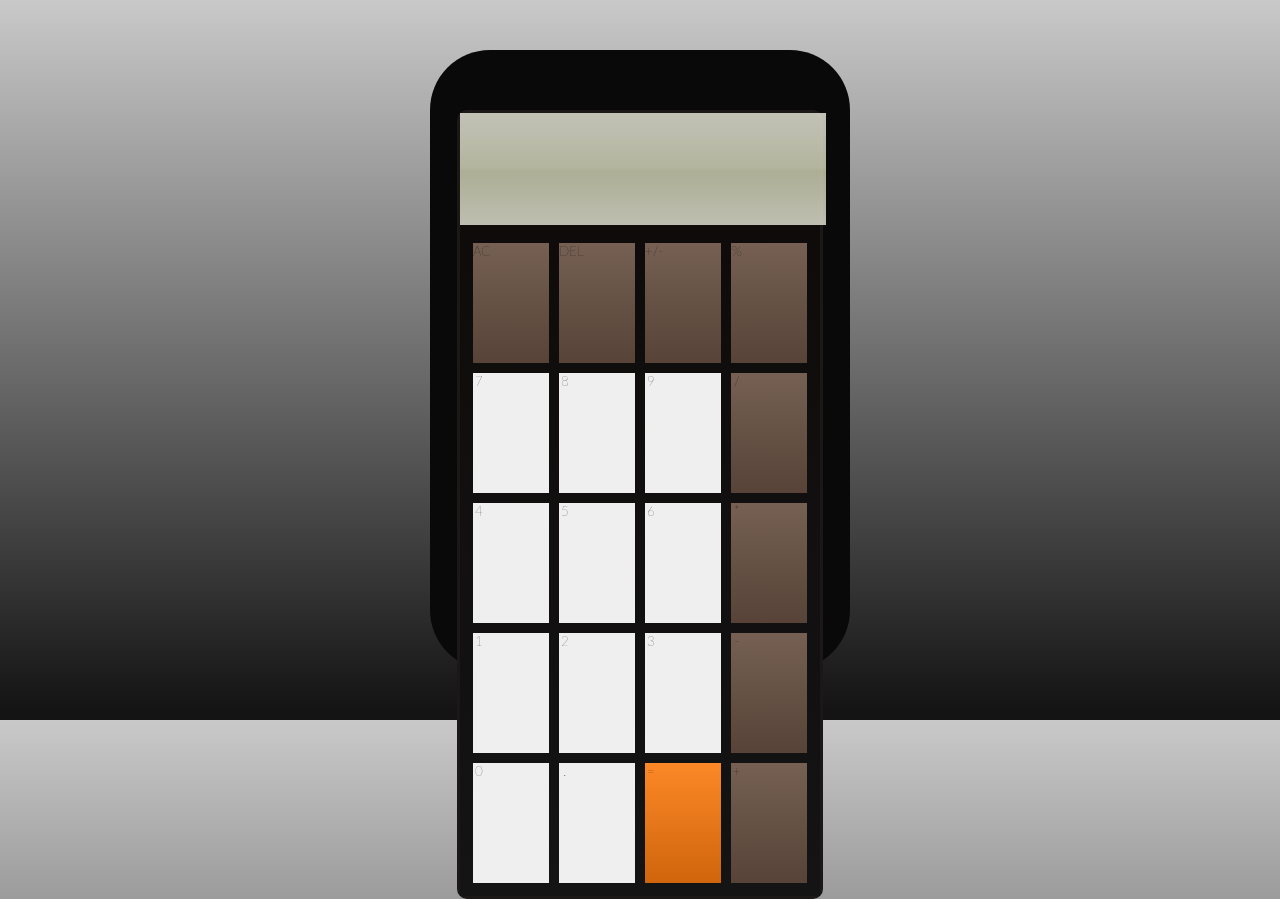
Repository: MhlengiNgubane/BrainnestJsTwo
Page: index.html
These files come from the project's save history. The page is drawn as it stood at one moment and after a run of saves; the edit follows.
The browser window is 1280 px wide. The pictures show the whole page.

Above is the page before, as saved 2022-09-12 08:55:20.

### index.html
<!DOCTYPE html>
<html lang="en">
<head>
    <meta charset="UTF-8">
    <meta http-equiv="X-UA-Compatible" content="IE=edge">
    <meta name="viewport" content="width=device-width, initial-scale=1.0">
    <title>CALCULATOR</title>

    <link rel="stylesheet" href="style.css">
</head>
    <body>
        <div class="wrapper">
            <div class="container">
                <input type="text" class="input" value="" disabled />
                <div class="buttons">
                    <button value="AC" class="brown clear">AC</button>
                    <button value="DEL" class="brown delete">DEL</button>
                    <button value="+/-" class="brown plusMinus">+/-</button>
                    <button value="%" class="brown percent">%</button>

                    <button value="7" class="number">7</button>
                    <button value="8" class="number">8</button>
                    <button value="9" class="number">9</button>
                    <button value="/" class="brown operator">/</button>

                    <button value="4" class="number">4</button>
                    <button value="5" class="number">5</button>
                    <button value="6" class="number">6</button>
                    <button value="*" class="brown operator">*</button>

                    <button value="1" class="number">1</button>
                    <button value="2" class="number">2</button>
                    <button value="3" class="number">3</button>
                    <button value="-" class="brown operator">-</button>

                    <button value="0" class="zero number">0</button>
                    <button value="." class="decimal">.</button>
                    <button value="=" class="equal operator">=</button>
                    <button value="+" class="brown operator">+</button>
                </div>
            </div>
        </div>
        <script src="App.js"></script>
    </body>
</html>

### style.css
* {
    border: 0;
    margin: 0;
    padding: 0;
    font-family: 'lato';
    font-weight: 100;
}

body{
    font-family: 'Roboto';
    font-weight: 400;
    background: linear-gradient(360deg, #141414 1.56%, rgba(0, 0, 0, 0.21) 100%);
    width: 100%;
    height: 100vh;
    display: flex;
    flex-direction: column;
    align-items: center;
    justify-content: center;
}

.wrapper{
    width: 420px;
    height: 620px;
    background: #090909;
    border-radius: 60px;
}

.container{
    align-items: center;
    margin: auto;
    margin-top: 60px;
    width: 360px;
    border: 20px;
    border: 3px solid #1d1818;
    background-color: #130e0e;
    border-radius: 10px;
    margin-bottom: 60px;
}

.input{
    background: linear-gradient(360deg, #E8EAD8 0%, #D2D6B7 48.12%, #DBDEC1 50.76%, #EDEFE0 100%);
    width: 94%;
    min-height: 65px;
    padding: 0 14px;
    text-align:  end;
    font-size: 48px;
    line-height: 112px;
    display: flex;
    align-items: center;
    justify-content: end;
    color: #000000;
    opacity: 0.8;
    outline: none;
    border: none;
}

.buttons{
    display: grid;
    grid-template-columns: repeat(4, 1fr);
    row-gap: 10px;
    column-gap: 10px;
    background: linear-gradient(360deg, #141414 1.56%, rgba(0, 0, 0, 0.21) 100%);
    padding: 18px 13px 13px 13px;
}

button{
    display: grid;
    grid-gap: 10px;
    grid-template-columns: repeat(4, 1fr);
    grid-template-rows: repeat(5, 1fr);
}

.grey{
    background: linear-gradient(180deg, #7F878C 0%, #4C5154 100%);
}

.brown{
    background: linear-gradient(180deg, #756053 0%, #574337 100%);
}

.equal{
    background: linear-gradient(180deg, #FC8827 0%, #CF650C 100%);
}

@media(max-width: 430px){
    .wrapper{
        width: 100%;
        height: 100%;
        border-radius: 0;
    }

    .buttons{
        row-gap: 5px;
        column-gap: 5px;
        background: linear-gradient(360deg, #141414 1.56%, rgba(0, 0, 0, 0.21) 100%);
        padding: 18px 13px 13px 13px;
    }


}

### App.js
/* Add two numbers */
function add(firstNumber, secondNumber){
  return firstNumber + secondNumber;
}
/* subtract two numbers */
function subtract(firstNumber, secondNumber){
  return firstNumber - secondNumber;
}
/* multiply two numbers */
function multiply(firstNumber, secondNumber){
  return firstNumber * secondNumber;
}
/* divide two numbers */
function divide(firstNumber, secondNumber){
  return firstNumber / secondNumber;
}
/* Make the operations */
function operate(operator, firstNumber, secondNumber){
  if(operator === '+'){
      return add(firstNumber, secondNumber);
  }
  else if(operator === '-'){
      return subtract(firstNumber, secondNumber);
  }
  else if(operator === '*'){
      return multiply(firstNumber, secondNumber);
  }
  else if(operator === '/'){
      return divide(firstNumber, secondNumber);
  }
  return secondNumber;
}

const display = document.querySelector('.input');

const calculator = {
  displayValue: '0',
  firstNumber: null,
  operator: null,
  secondNumber: false,
};

function clear() {
  calculator.displayValue = '0';
  calculator.firstNumber = null;
  calculator.operator = null;
  calculator.secondNumber = false;
}

function updateDisplay() {
  display.value = calculator.displayValue;
}

const buttons = document.querySelector('.buttons');
buttons.addEventListener('click', (e) => {
const target = e.target;

  if (!target.matches('button')) {
      return;
  }

  if (target.classList.contains('clear')) {
      clear();
      updateDisplay();
      return;
  }

  if (target.classList.contains('delete')) {
      undo();
      return;
  }

  if (target.classList.contains('plusMinus')) {
      plusMinus();
      return;
  }

  if (target.classList.contains('percent')) {
      percentage();
      return;
  }

  if (target.classList.contains('decimal')) {
      decimal(target.value);
      updateDisplay();
      return;
  }

  if (target.classList.contains('operator')) {
      calculate(target.value);
      updateDisplay();
      return;
  }

      displayNumber(target.value);
      updateDisplay();
});

function undo(){
  display.value = display.value.slice(0, -1);
  calculator.displayValue = display.value;
}

function plusMinus(){
  let displayPlusMinus = calculator.displayValue;
  if(displayPlusMinus >= 0){
      display.value = '-' + displayPlusMinus;
  }
  calculator.displayValue = display.value;
}

function percentage(){
  let displayPercent = calculator.displayValue;
  if(displayPercent != 0){
      display.value = displayPercent / 100;
  }
 calculator.displayValue = display.value;
}

function decimal(dot) {
  if (calculator.secondNumber === true) {
      calculator.displayValue = '0.'
      calculator.secondNumber = false;
      return
  }
  if (!calculator.displayValue.includes(dot)) {
      calculator.displayValue += dot;
  }
}

function displayNumber(number) {
  let displayValue = calculator.displayValue;
  const secondNumber = calculator.secondNumber;

  if (secondNumber === true) {
      calculator.displayValue = number;
      calculator.secondNumber = false;
  }
  else if(displayValue === '0'){
      calculator.displayValue = number;
  }
  else{
      calculator.displayValue = displayValue + number;
  }
}

function calculate(inputOperator) {
  const firstNumber = calculator.firstNumber;
  const displayValue = calculator.displayValue;
  const operator  = calculator.operator;

  const inputValue = parseFloat(displayValue);

  if (operator && calculator.secondNumber)  {
      calculator.operator = inputOperator;
      return;
    }

  if (firstNumber == null) {
      calculator.firstNumber = inputValue;

  } else if (operator) {
      const result = operate(operator, firstNumber, inputValue);
      calculator.displayValue = `${parseFloat(result.toFixed(6))}`;
      calculator.firstNumber = result;
  }
  calculator.secondNumber = true;
  calculator.operator = inputOperator;
  console.log(calculator);
}

After the next 2 saves:
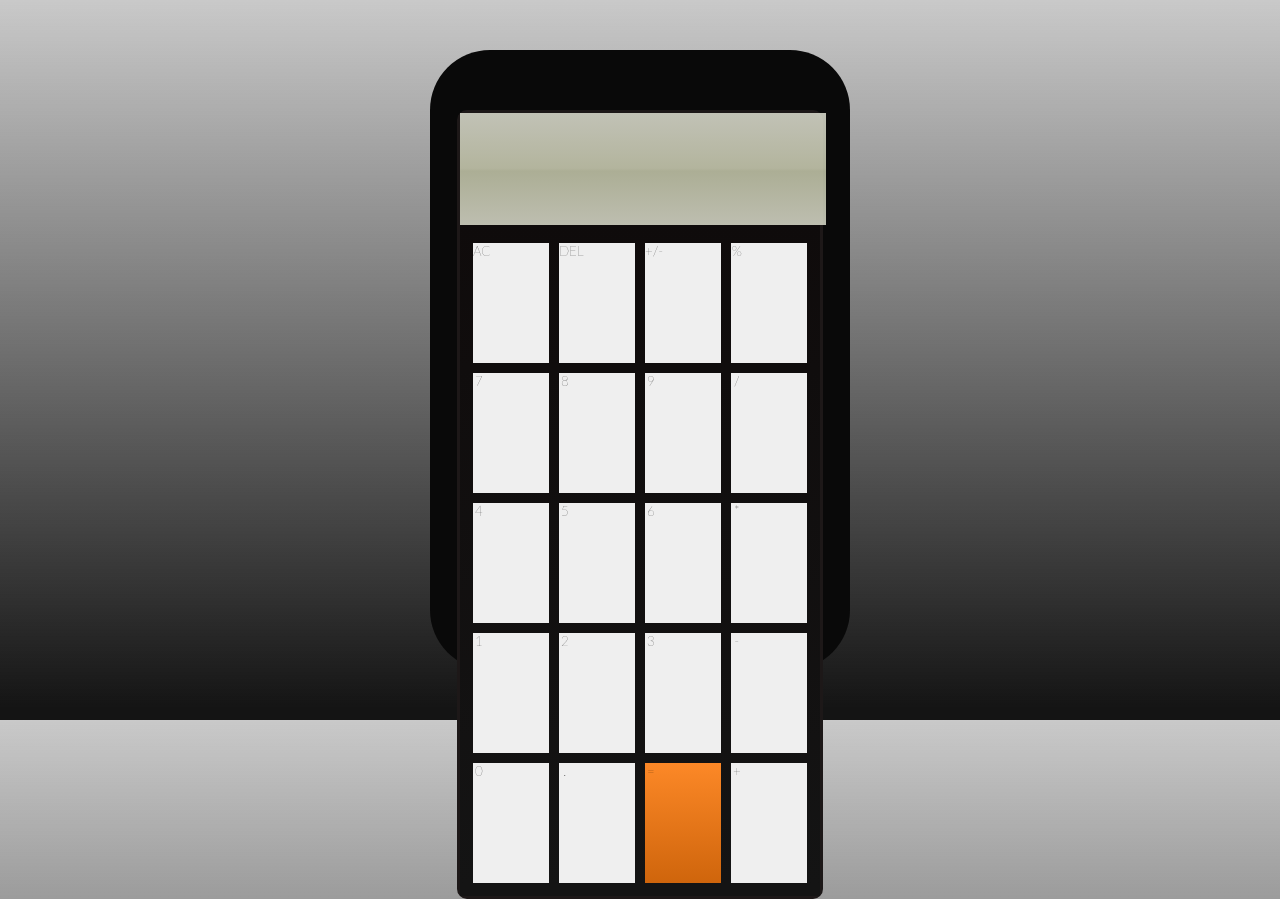
The 2 saves are shown as one change because they came seconds apart.
The last was saved 10 min 20 s later.
--- a/style.css
+++ b/style.css
@@ -74,9 +74,6 @@ button{
     background: linear-gradient(180deg, #7F878C 0%, #4C5154 100%);
 }
 
-.brown{
-    background: linear-gradient(180deg, #756053 0%, #574337 100%);
-}
 
 .equal{
     background: linear-gradient(180deg, #FC8827 0%, #CF650C 100%);
